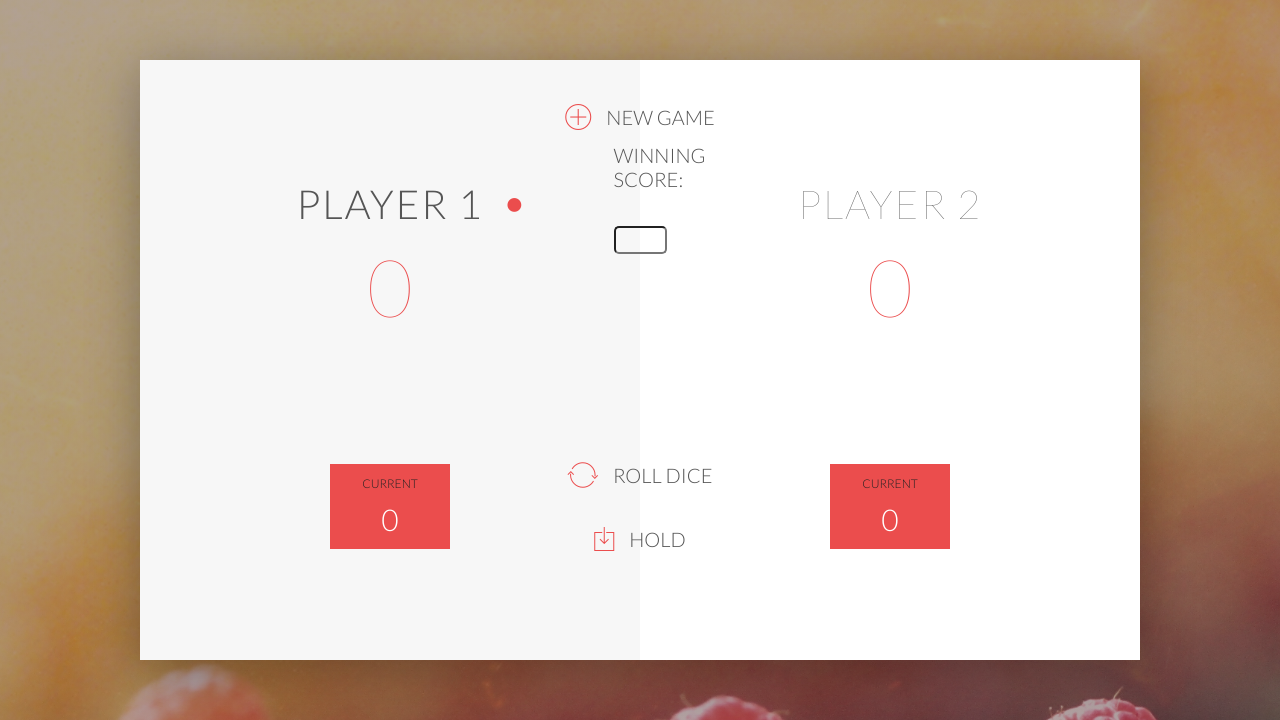
Repository: hexanek/hexanek.github.io
Page: pig-game/index.html
These files come from the project's save history. The page is drawn as it stood at one moment and after the next save; the edit follows.
The browser window is 1280 px wide. The pictures show the whole page.

Above is the page before, as saved 2019-12-18 21:06:02.

After the next save:
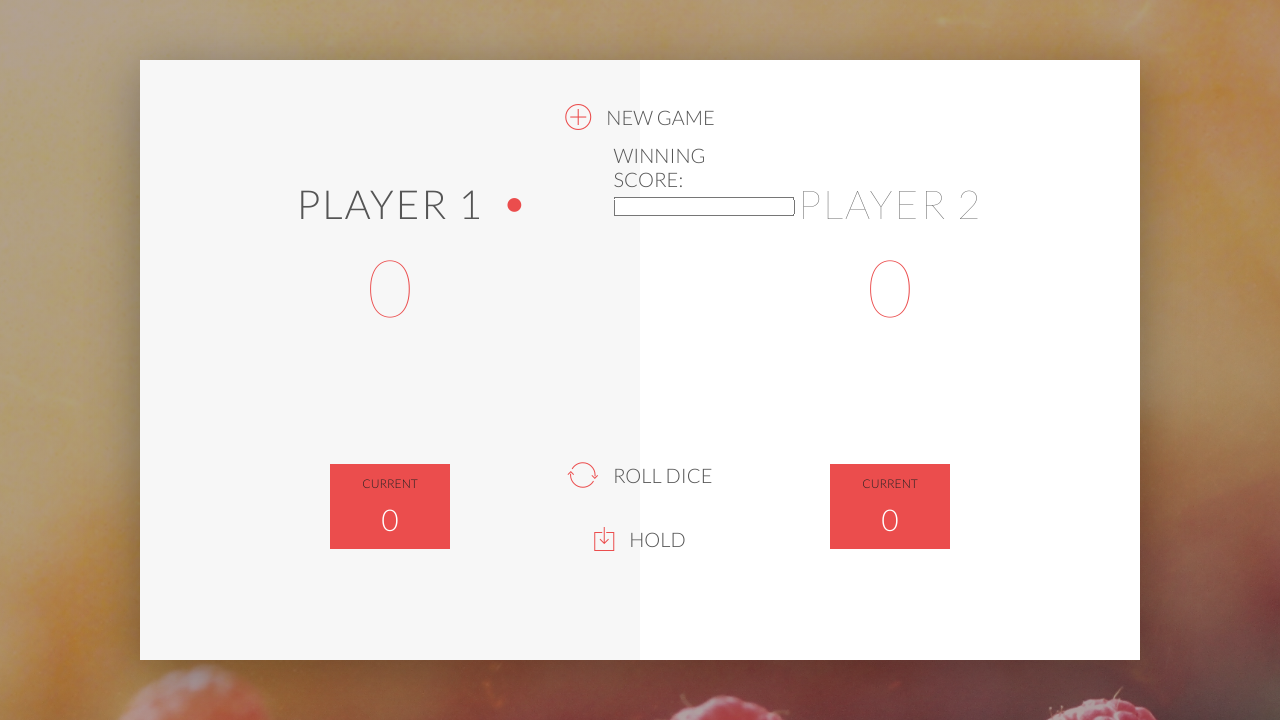
Saved 2 min 30 s later.
--- a/pig-game/style.css
+++ b/pig-game/style.css
@@ -141,7 +141,7 @@ i {
 .btn-new { top: 45px;}
 .btn-roll { top: 403px;}
 .btn-hold { top: 467px;}
-.input-score {
+/* .input-score {
      top: 83px;
      position: absolute;
     width: 53px;
@@ -156,7 +156,7 @@ i {
     cursor: default;
     font-weight: 300;
     transition: background-color 0.3s, color 0.3s;
-    }
+    } */
 .input:focus{
     border: 3px solid #555;
 }
